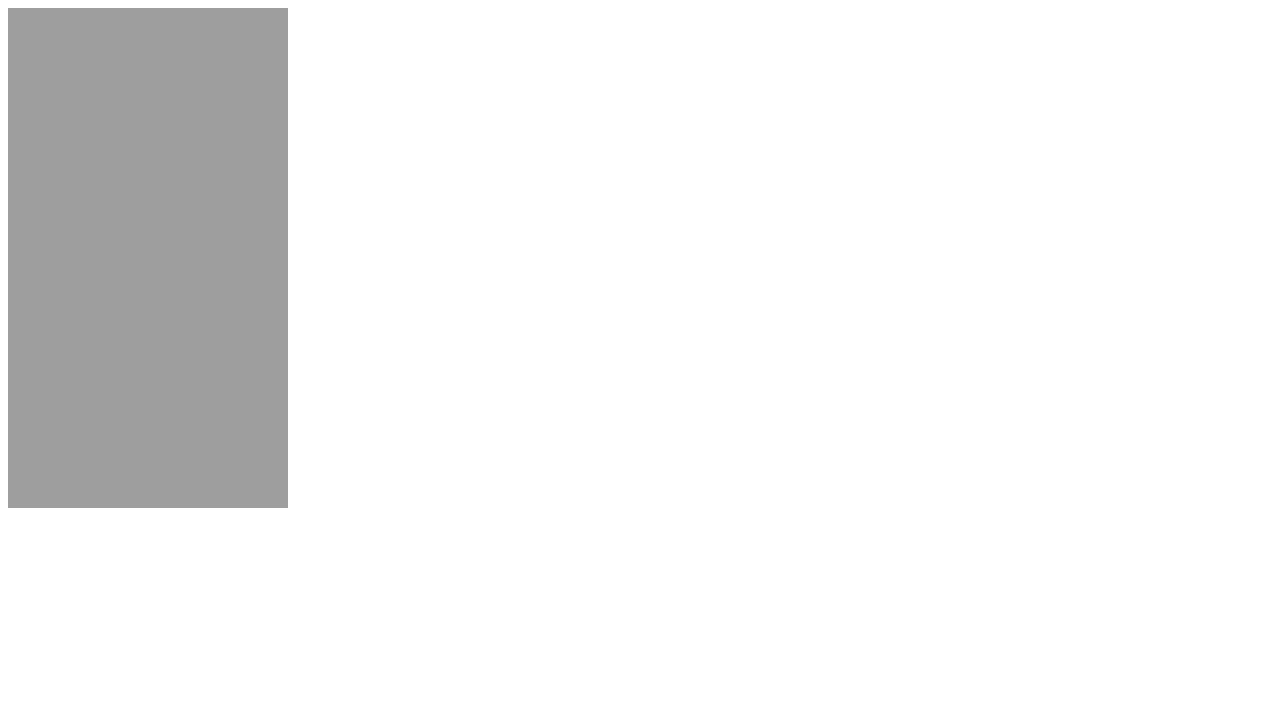
Repository: Tranduchieu2002/FlappyBird
Page: Flappy.html
An editor plug-in stored every save of this project. The page is shown before and after the next save, followed by the edit.
The browser window is 1280 px wide. The pictures show the whole page.

Above is the page before, as saved 2021-09-14 17:17:11.

After the next save:
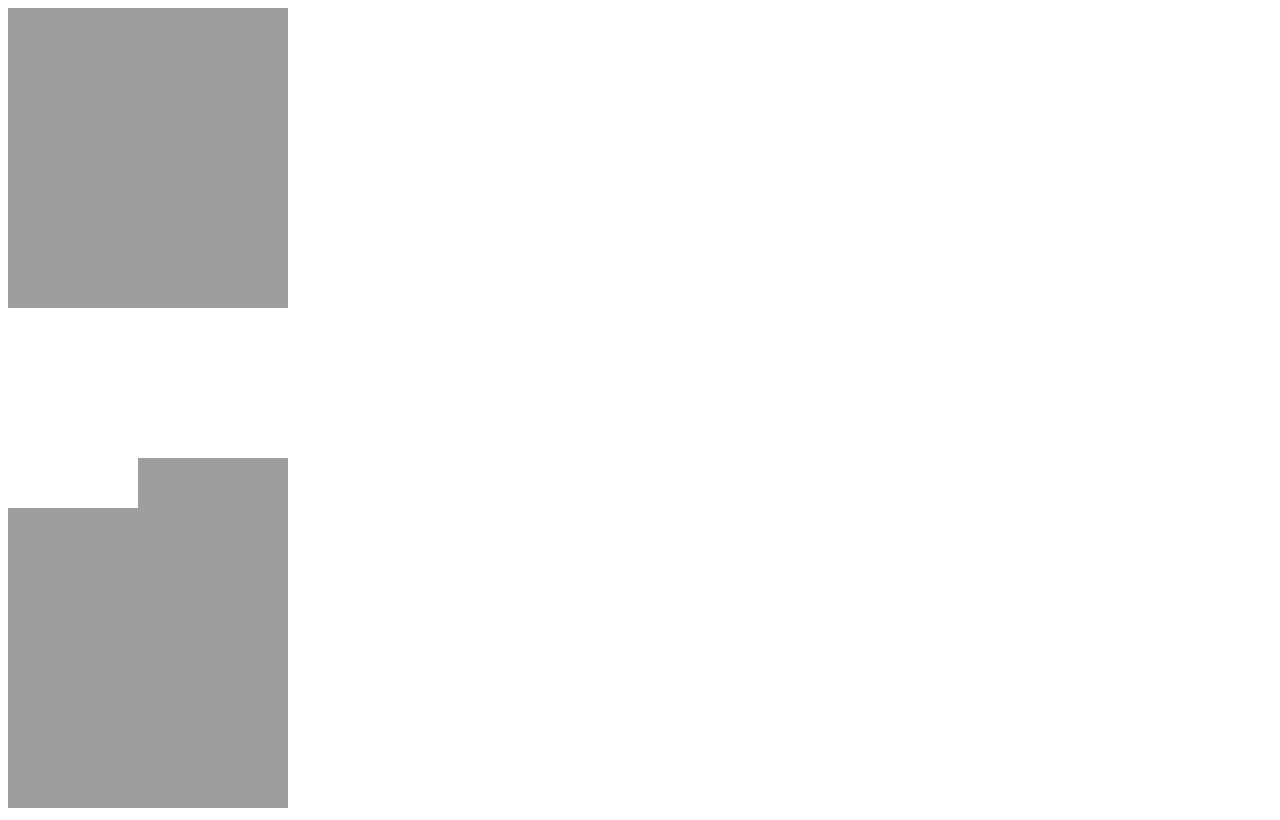
Saved 28 s later.
--- a/Flappy.html
+++ b/Flappy.html
@@ -17,7 +17,7 @@
    </style>
 </head>
 <body>
-   <canvas id="canvas" width="280px" height="500px">
+   <canvas id="canvas" width="280px" height="800px">
 
    </canvas>
    <script src="index.js"></script>
